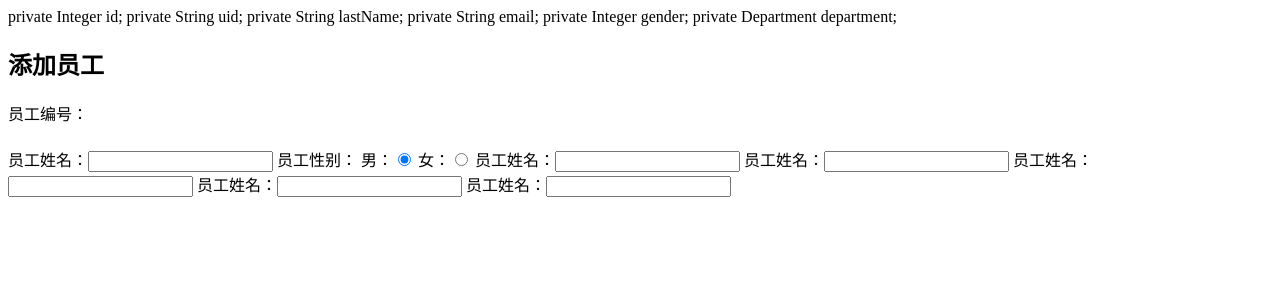
Repository: ocxz/spring
Page: http://localhost/8.SpringMVC_CRUD/WEB-INF/pages/add.jsp
These files come from the project's save history. The page is drawn as it stood at one moment and after the next save; the edit follows.
The browser window is 1280 px wide. The pictures show the whole page.
The page is served by Tomcat 9. Nobody is signed in. The template is opened directly, without the code that normally fills it, so the values that code supplies are empty.

Above is the page before, as saved 2019-12-06 01:34:58.

After the next save:
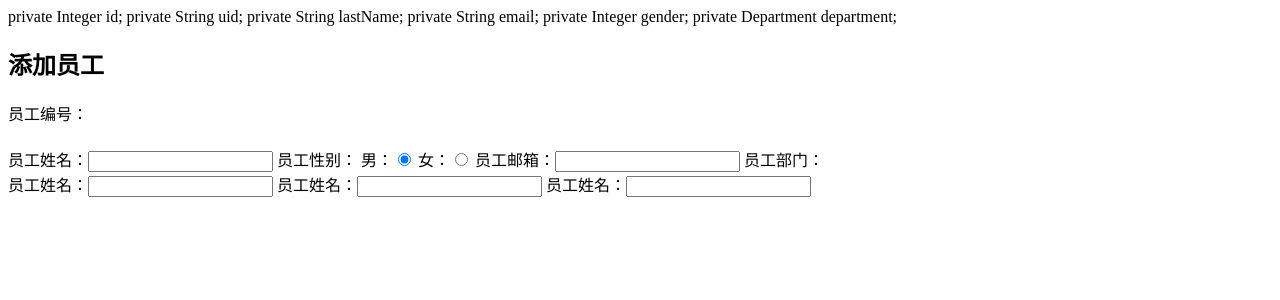
Saved 55 s later.
--- a/Spring/代码/8.SpringMVC_CRUD/src/main/webapp/WEB-INF/pages/add.jsp
+++ b/Spring/代码/8.SpringMVC_CRUD/src/main/webapp/WEB-INF/pages/add.jsp
@@ -21,8 +21,8 @@
 		员工性别：
 			男：<input type="radio" name="gender" value="1" checked="checked">
 			女：<input type="radio" name="gender" value="0">
-		员工姓名：<input type="text" name="lastName">
-		员工姓名：<input type="text" name="lastName">
+		员工邮箱：<input type="text" name="email">
+		员工部门：<section name="department.did"></section>
 		员工姓名：<input type="text" name="lastName">
 		员工姓名：<input type="text" name="lastName">
 		员工姓名：<input type="text" name="lastName">
